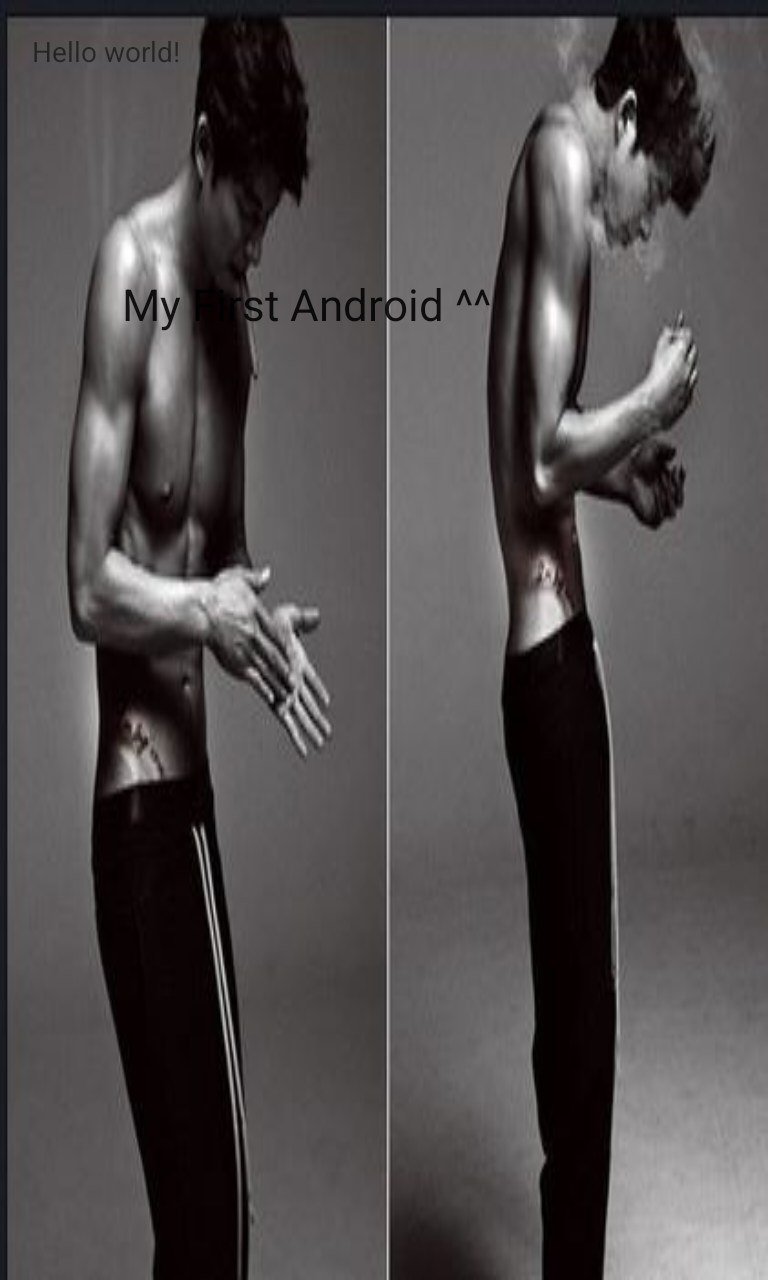
Repository: kol0372/woo
Layout: andworkspace/and1007_start/res/layout/activity_main.xml
An editor plug-in stored every save of this project. The layout is shown before and after the next save, followed by the edit.
It is drawn on a 768 x 1280 px phone screen (xhdpi) without system bars, with theme AppTheme; the app's code is not run.

Above is the layout before, as saved 2014-10-07 08:32:14.

After the next save:
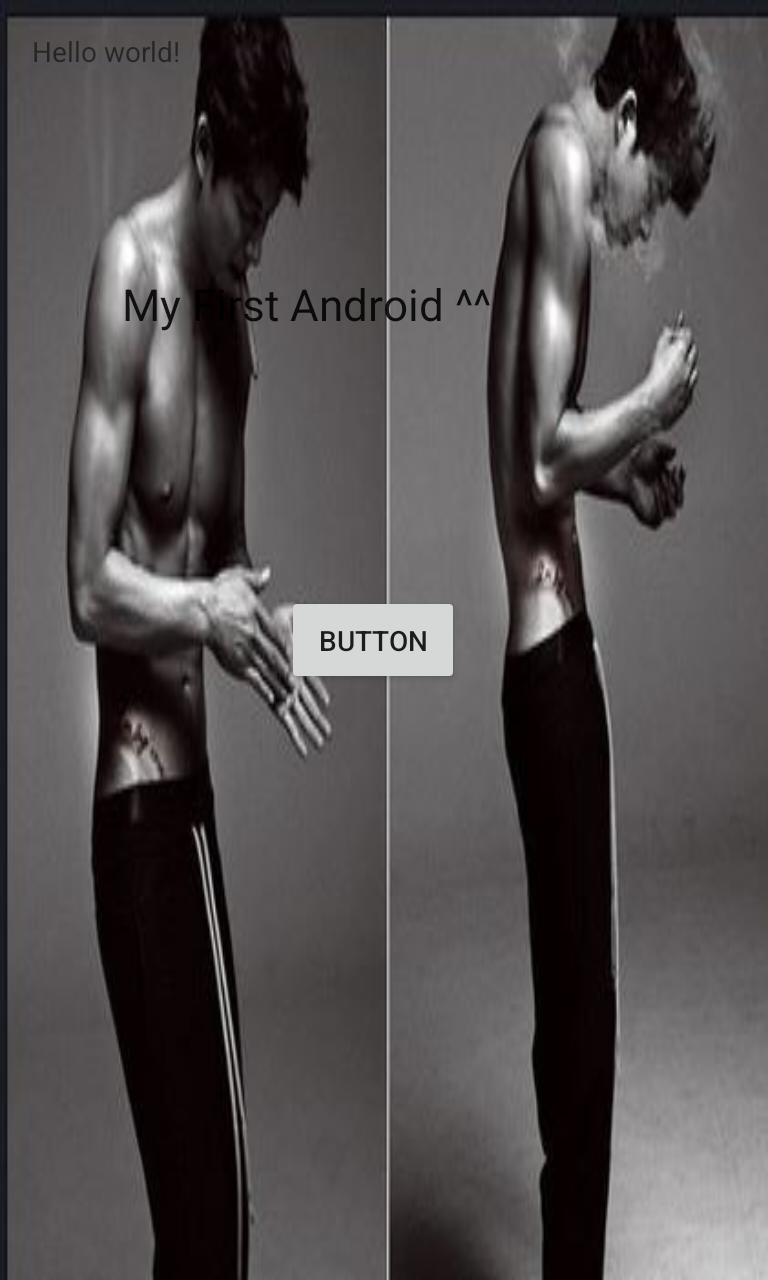
Saved 60 min 13 s later.
--- a/andworkspace/and1007_start/res/layout/activity_main.xml
+++ b/andworkspace/and1007_start/res/layout/activity_main.xml
@@ -25,6 +25,16 @@
         android:layout_marginTop="102dp"
         android:text="@string/hello_text"
         android:textAppearance="?android:attr/textAppearanceLarge" />
+
+    <Button
+        android:id="@+id/button1"
+        android:layout_width="wrap_content"
+        android:layout_height="wrap_content"
+        android:layout_alignRight="@+id/textView2"
+        android:layout_centerVertical="true"
+        android:layout_marginRight="15dp"
+        android:text="Button" />
+
     	android:textcolor="#330033"
 
 </RelativeLayout>
